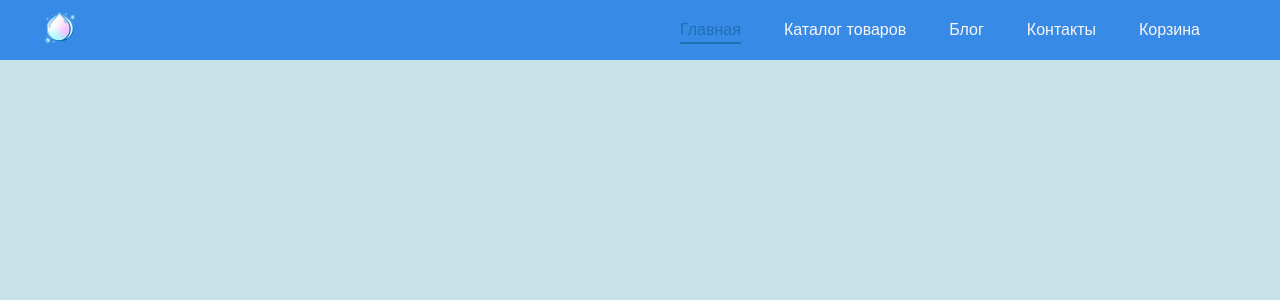
Repository: mnats725/art-drop
Page: index.html
An editor plug-in stored every save of this project. The page is shown before and after the next save, followed by the edit.
The browser window is 1280 px wide. The pictures show the whole page.

Above is the page before, as saved 2024-05-20 20:21:21.

After the next save:
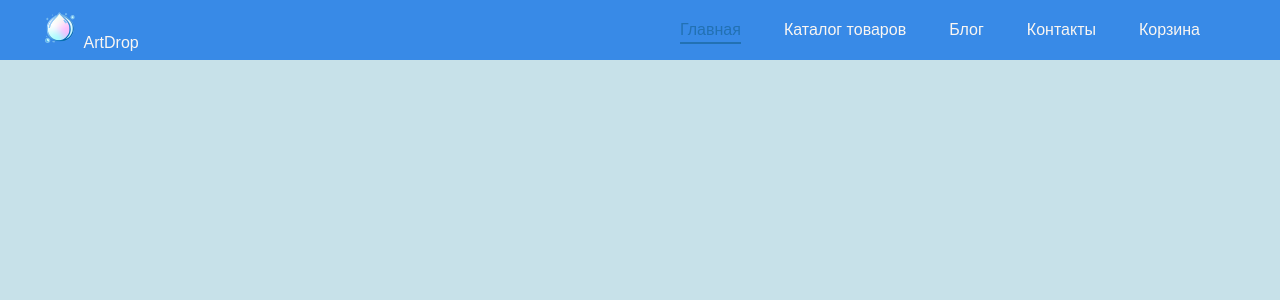
Saved 5 min 55 s later.
--- a/index.html
+++ b/index.html
@@ -13,6 +13,7 @@
             <!-- Шапка -->
             <div class="logo">
                 <img src="./assets/img/logo.svg" alt="ArtDrop Logo">
+                <span>ArtDrop</span>
             </div>
             <!-- Меню сайта -->
             <nav class="nav">
